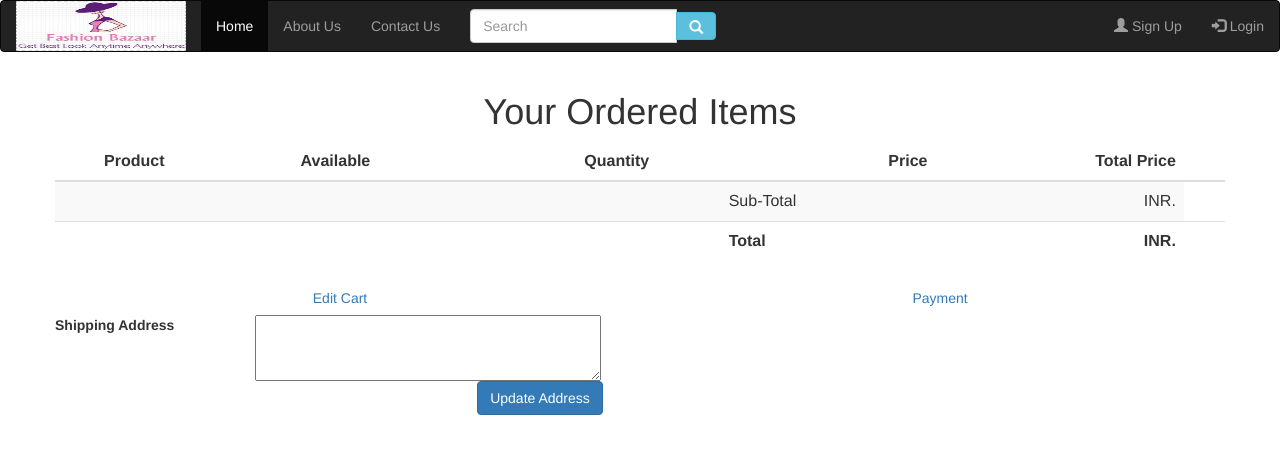
Repository: SmithaMendonca/Project-1
Page: http://localhost/FashionBazarFrontend/WEB-INF/views/OrderConfirm.jsp
The author's editor kept a copy of each file at every save. The page is drawn from the files as they stood at one save, then again after the next save.
The browser window is 1280 px wide. The pictures show the whole page.
The page is served by Tomcat 9. Nobody is signed in. Other server files are loaded and not shown. The template is opened directly, without the code that normally fills it, so the values that code supplies are empty.

Above is the page before, as saved 2019-06-07 05:36:48.

### FashionBazarFrontend/src/main/webapp/WEB-INF/views/OrderConfirm.jsp
<%@include file="Header.jsp"%>
<%@ page isELIgnored="false" %>
 <section class="text-center">
    <div class="container">
        <h1>Your Ordered Items</h1>
     </div>
</section>
<div class="container mb-4">
    <div class="row">
        <div class="col-12">
            <div class="table-responsive">
                <table class="table table-striped">
                    <thead>
                        <tr>
                            <th scope="col"> </th>
                            <th scope="col">Product</th>
                            <th scope="col">Available</th>
                            <th scope="col" class="text-center">Quantity</th>
                            <th scope="col" class="text-right">Price</th>
                            <th scope="col" class="text-right">Total Price</th>
                            <th> </th>
                        </tr>
                    </thead>
                    <tbody>
                      <c:forEach items="${cartItems}" var="cartItem">
                        <tr>
                            <form action="<c:url value="/updateCartItem/${cartItem.cartItemId}"/>" method="get">
                            <tr>
                            <td><img src="<c:url value="/resources/images/${cartItem.productId}.jpg"/>" width="30" height="30"/> </td>
                            <td>${cartItem.productName}</td>
                            <td>In stock</td>
                            <td class="text-center">${cartItem.quantity}</td>
                            <td class="text-right">${cartItem.price}</td>
                             <td class="text-right">${cartItem.price * cartItem.quantity}</td>
                          </tr>
                            </form>
                        </tr>
                        </c:forEach>
                        <tr>
                            <td></td>
                            <td></td>
                            <td></td>
                            <td></td>
                            <td>Sub-Total</td>
                            <td class="text-right">INR.${grandTotal}</td>
                        </tr>
                        <tr>
                            <td></td>
                            <td></td>
                            <td></td>
                            <td></td>
                            <td><strong>Total</strong></td>
                            <td class="text-right"><strong>INR.${grandTotal}</strong></td>
                            <td></td>
                        </tr>
                    </tbody>
                </table>
            </div>
        </div>
        <div class="col mb-2">
            <div class="row">
                <div class="col-sm-12  col-md-6">
                     <a href="<c:url value="/showCart"/>" class="btn btn-block btn-light">Edit Cart</a>
                </div>
                <div class="col-sm-12 col-md-6 text-right">
                    <a href="<c:url value="/payment"/>" class="btn btn-block btn-light">Payment</a>
                </div>
            </div>
            <form action="<c:url value="/updateAddr"/>" method="post">
            <div class="row">
                <div class="col-sm-2 col-xs-12 col-md-2">
                    <label id="addr1">Shipping Address</label>
            	</div>
            	 <div class="col-sm-8 col-xs-12 col-md-6">
            	      <textarea cols="40" rows="3" name="addr">${addr}</textarea>
            	 </div>
                 <div class="col-sm-8 col-xs-12 col-md-10 text-center">
                 	<input type="submit" value="Update Address" class="btn btn-primary"/>
                 </div>
        </div>
        </form>
    </div>
    </div>
   </div>

</body>
</html>

### FashionBazarFrontend/src/main/webapp/WEB-INF/views/Header.jsp
<%@ page language="java" contentType="text/html"%>
<%@ taglib uri="http://java.sun.com/jsp/jstl/core" prefix="c"%>
<%@taglib prefix="form" uri="http://www.springframework.org/tags/form"%>
<html>
<head>
<title>Welcome to Fashion Bazar</title>
 <meta charset="utf-8">
 <meta name="viewport" content="width=device-width, initial-scale=1">
 <link rel="stylesheet" href="https://maxcdn.bootstrapcdn.com/bootstrap/3.4.0/css/bootstrap.min.css">
  <script src="https://ajax.googleapis.com/ajax/libs/jquery/3.4.0/jquery.min.js"></script>
  <script src="https://maxcdn.bootstrapcdn.com/bootstrap/3.4.0/js/bootstrap.min.js"></script>
</head>
<style type="text/css">

.navbar-brand{
	padding:0px 15px;
     font-size: 40px;
}
</style>
<body>
	  <nav class="navbar navbar-inverse">
      <div class="container-fluid">
        <div class="navbar-header">
	        <img class="navbar-brand" src="<c:url value="/resources/images/fashion-bazaar-logo.jpg"/>" width="200px" height="100px" alt="logo" >
        </div>
        <ul class="nav navbar-nav">
         <c:if test="${!sessionScope.loggedIn }">
	      <li class="active"><a href="index.jsp">Home</a></li>
          <li><a href="<c:url value="/aboutus"/>">About Us</a></li>
          <li><a href="<c:url value="/contactus"/>">Contact Us</a></li>
          <form class="navbar-form navbar-left">
  				<div class="input-group">
    			  <input type="text" class="form-control" placeholder="Search">
   				 	<div class="input-group-btn">
      				<button class="btn btn-info" type="submit">
        				<span class="glyphicon glyphicon-search"></span>
      				</button>
    				</div>
  				</div>
			</form>
         </c:if>

         <c:if test="${sessionScope.loggedIn }">
               <c:if test="${sessionScope.role=='ROLE_ADMIN' }">
	      <li><a href="<c:url value="/category"/>">Category Management</a></li>
          <li><a href="<c:url value="/product"/>">Product Management</a></li>
               </c:if>
         </c:if>

          <c:if test="${sessionScope.loggedIn }">
              <c:if test="${sessionScope.role=='ROLE_USER' }">
           <li><a href="<c:url value="/productPage"/>">Products</a></li>
           <li><a href="<c:url value="/showCart"/>"><span class="glyphicon glyphicon-shopping-cart"></span>Cart</a></li>
              </c:if>
          </c:if>
       </ul>

       <ul class="nav navbar-nav navbar-right">
         <c:if test="${!sessionScope.loggedIn }">
	     	<li><a href="<c:url value="/register"/>"><span class="glyphicon glyphicon-user"></span> Sign Up</a></li>
        	 <li><a href="<c:url value="/login"/>"><span class="glyphicon glyphicon-log-in"></span> Login</a></li>
         </c:if>

         <c:if test="${sessionScope.loggedIn }">
            <li><a href="#"><span class="glyphicon glyphicon-user"></span>Hi ${sessionScope.username}</a></li>
            <li><a href="<c:url value="/perform_logout"/>"><span class="glyphicon glyphicon-log-out"></span> Logout</a></li>
         </c:if>
       </ul>
     </div>
    </nav>
</body>
</html>

After the next save:
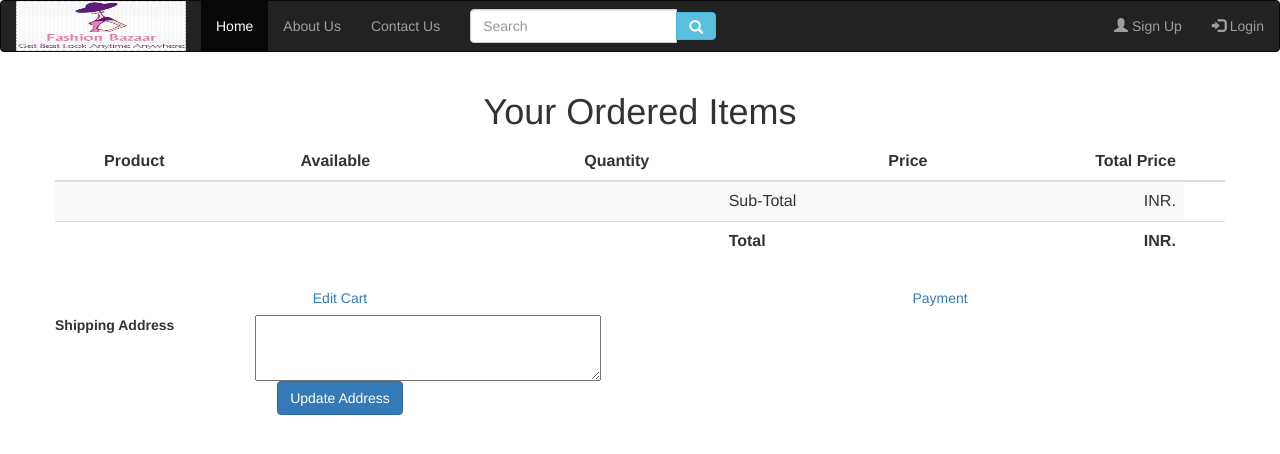
Saved 14 s later.
--- a/FashionBazarFrontend/src/main/webapp/WEB-INF/views/OrderConfirm.jsp
+++ b/FashionBazarFrontend/src/main/webapp/WEB-INF/views/OrderConfirm.jsp
@@ -74,7 +74,7 @@
             	 <div class="col-sm-8 col-xs-12 col-md-6">
             	      <textarea cols="40" rows="3" name="addr">${addr}</textarea>
             	 </div>
-                 <div class="col-sm-8 col-xs-12 col-md-10 text-center">
+                 <div class="col-sm-8 col-xs-12 col-md-6 text-center">
                  	<input type="submit" value="Update Address" class="btn btn-primary"/>
                  </div>
         </div>
